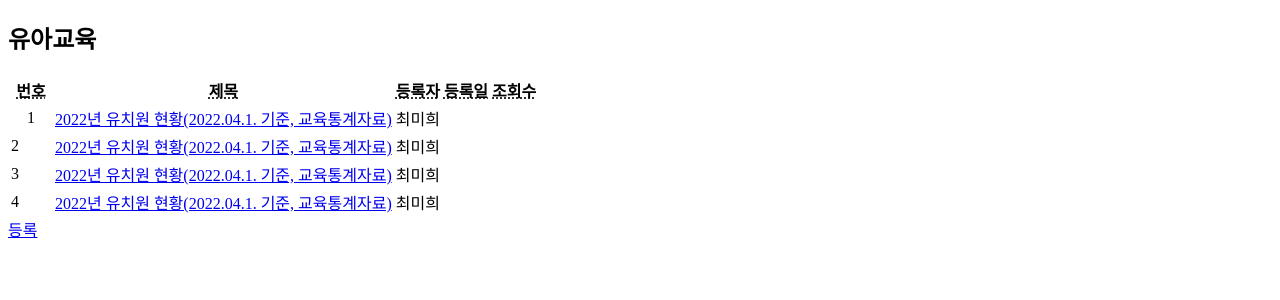
Repository: songyooon/pro06
Page: http://localhost/policy/infantlist
An editor plug-in stored every save of this project. The page is shown before and after the next save, followed by the edit.
The browser window is 1280 px wide. The pictures show the whole page.
The page is this project's Thymeleaf template; nobody is signed in. The template is opened directly, without the code that normally fills it, so the values that code supplies are empty.

Above is the page before, as saved 2022-12-26 04:20:30.

After the next save:
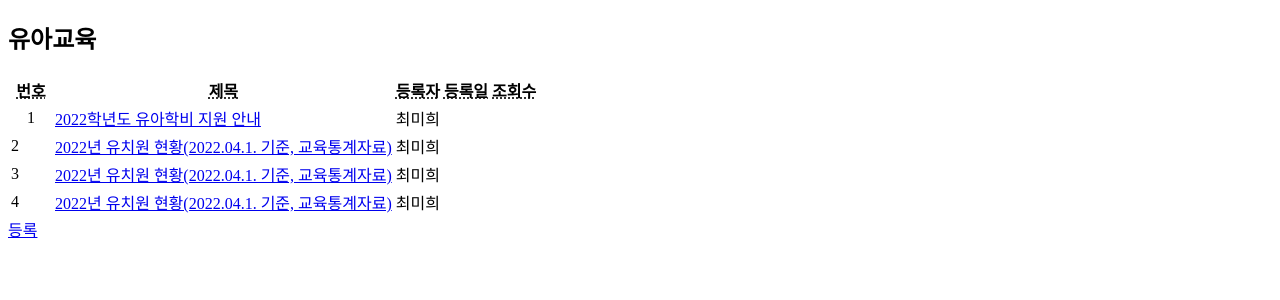
Saved 63 s later.
--- a/myapp/src/main/resources/templates/policy/infantlist.html
+++ b/myapp/src/main/resources/templates/policy/infantlist.html
@@ -29,7 +29,7 @@
                       <td>&nbsp;&nbsp;&nbsp;&nbsp;1&nbsp;&nbsp;&nbsp;&nbsp;</td>
 
                       <td>
-                          <a href="/pro04/GetEsgDetailCtrl.html?no=1">2022년 유치원 현황(2022.04.1. 기준, 교육통계자료)</a>
+                          <a href="/pro04/GetEsgDetailCtrl.html?no=1">2022학년도 유아학비 지원 안내</a>
                       </td>
                       <td>
                       최미희
